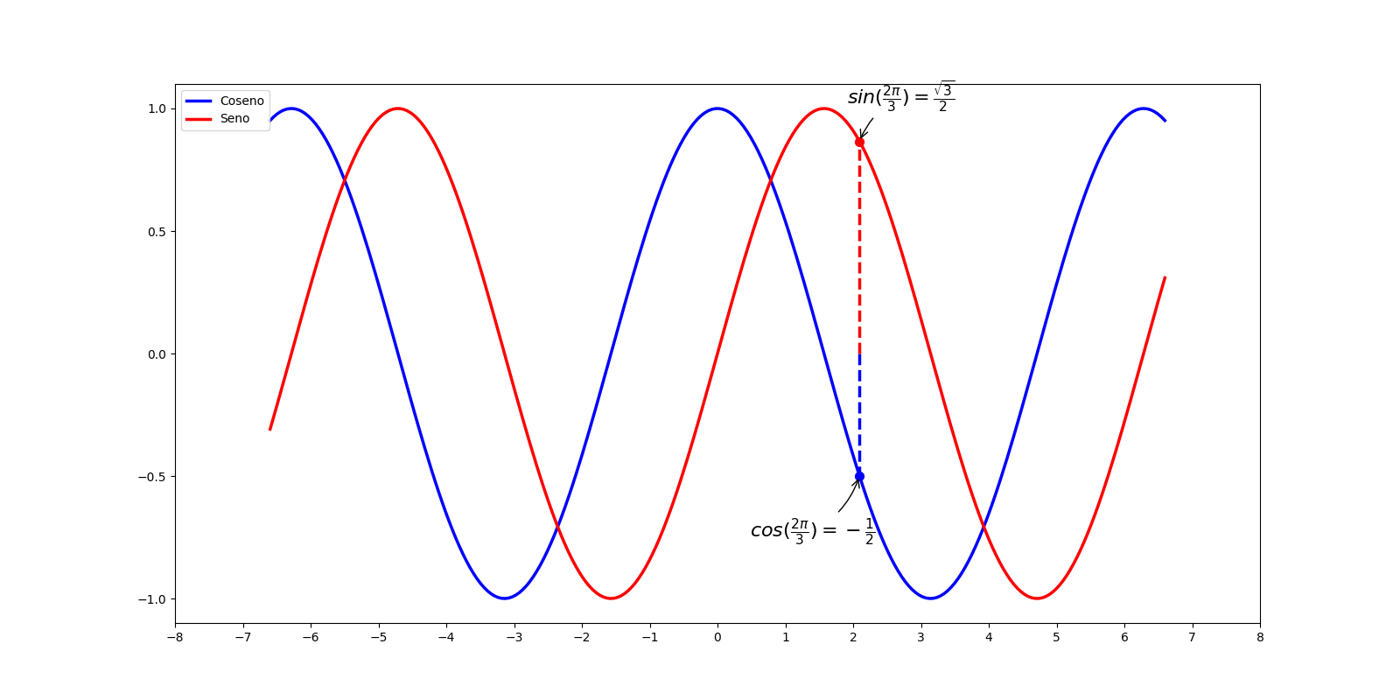
Repository: Jaamunozr/Archivos-python
Script's output: python Archivos Python/Graficas/ejecutable.py
An editor plug-in stored every save of this project. The script's output is shown before and after the next save, followed by the edit.
Figures wider than 1,400 px are first shrunk to that width. Animations are shown at an early frame. Random numbers start from a fixed seed.

Above is the script's output before, as saved 2020-02-16 21:46:26.

After the next save:
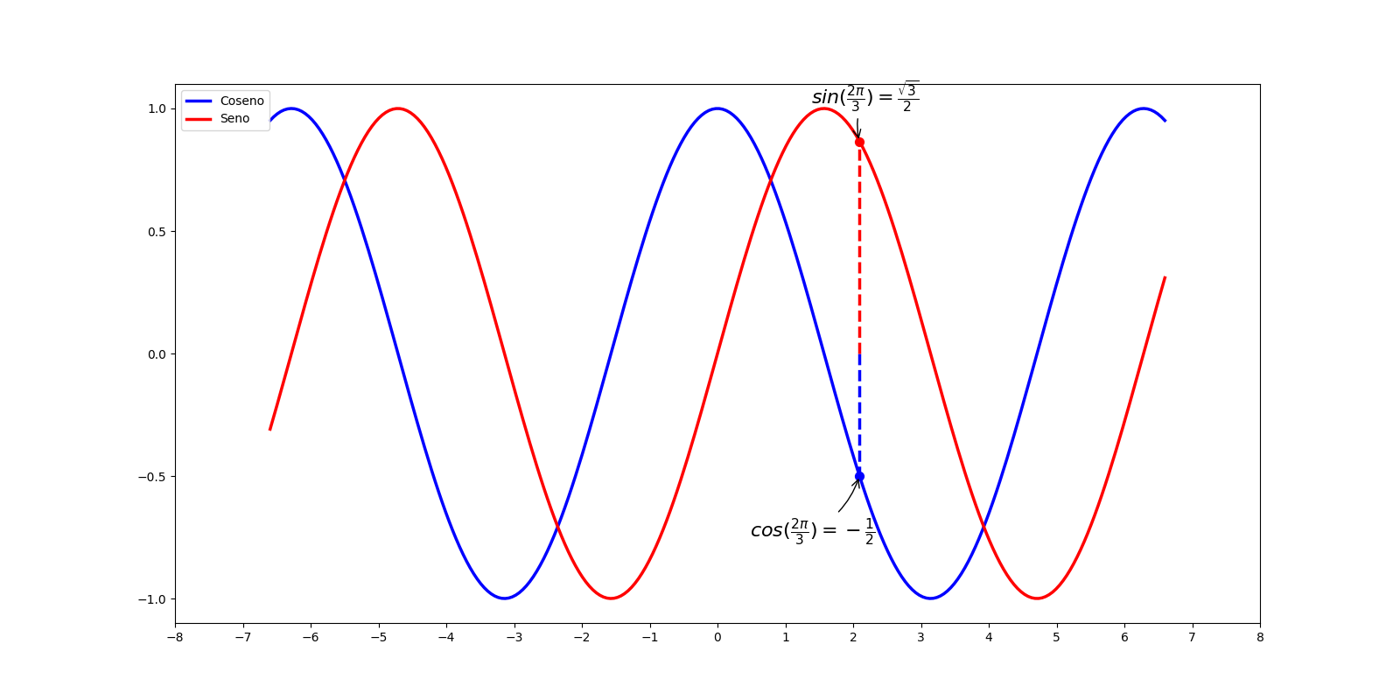
Saved 44 s later.
--- a/Archivos Python/Graficas/ejecutable.py
+++ b/Archivos Python/Graficas/ejecutable.py
@@ -60,7 +60,7 @@ pl.scatter([t, ], [np.cos(t), ], 50, color='blue')
 
 pl.annotate(r'$sin(\frac{2\pi}{3})=\frac{\sqrt{3}}{2}$',
             xy=(t, np.sin(t)), xycoords='data',
-            xytext=(-10, +30), textcoords='offset points', fontsize=16,
+            xytext=(-40, +30), textcoords='offset points', fontsize=16,
             arrowprops=dict(arrowstyle="->", connectionstyle="arc3,rad=.2")) #DIRECCION DE LA FLECHA
 
 pl.plot([t, t],[0, np.sin(t)], color='red', linewidth=2.5, linestyle="--")
